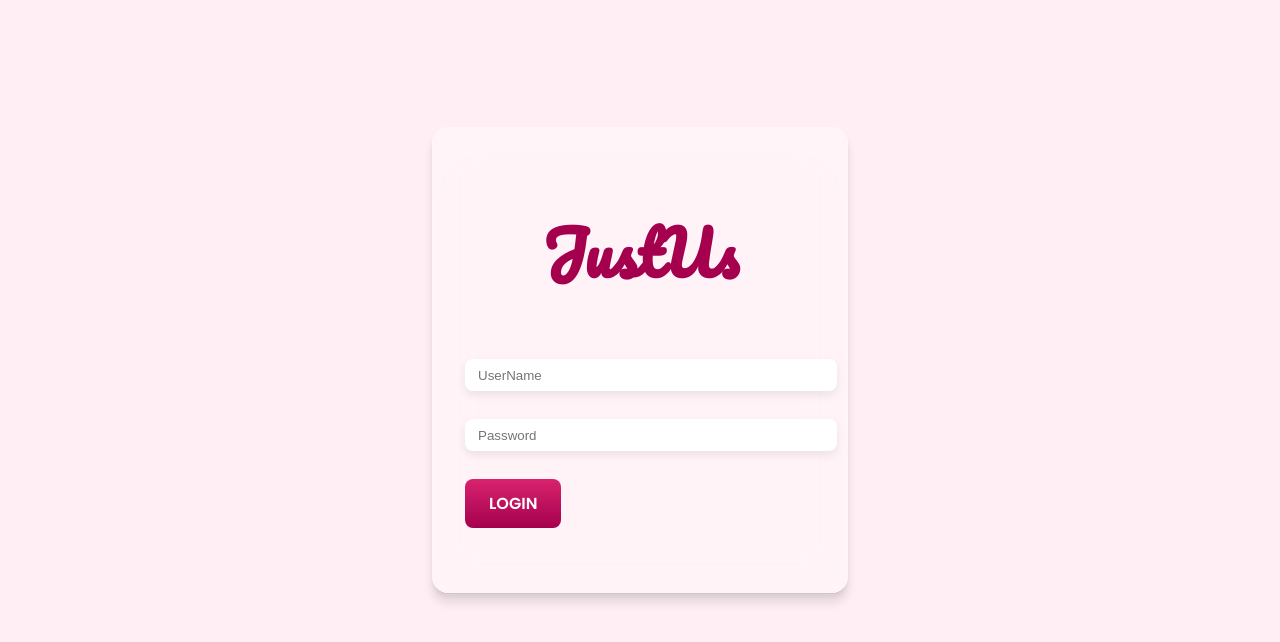
Repository: AfifaNoor/JustUs_ReactJs
Page: /
These files come from the project's save history. The page is drawn as it stood at one moment and after the next save; the edit follows.
The browser window is 1280 px wide. The pictures show the whole page.
The project was rebuilt for these pictures with package versions that can differ from the ones it lists, and the page was loaded fresh each time.

Above is the page before, as saved 2025-07-14 16:12:02.

### public/index.html
<!DOCTYPE html>
<html lang="en">
  <head>
    <meta charset="utf-8" />
    <link rel="icon" href="%PUBLIC_URL%/favicon.ico" />
    <link href="https://fonts.googleapis.com/css2?family=Poppins:wght@300;400;500;600;700&family=Pacifico&display=swap" rel="stylesheet">
    <meta name="viewport" content="width=device-width, initial-scale=1" />
    <meta name="theme-color" content="#000000" />
    <meta
      name="description"
      content="Web site created using create-react-app"
    />
    <link rel="apple-touch-icon" href="%PUBLIC_URL%/logo192.png" />
    <!--
      manifest.json provides metadata used when your web app is installed on a
      user's mobile device or desktop. See https://developers.google.com/web/fundamentals/web-app-manifest/
    -->
    <link rel="manifest" href="%PUBLIC_URL%/manifest.json" />
    <!--
      Notice the use of %PUBLIC_URL% in the tags above.
      It will be replaced with the URL of the `public` folder during the build.
      Only files inside the `public` folder can be referenced from the HTML.

      Unlike "/favicon.ico" or "favicon.ico", "%PUBLIC_URL%/favicon.ico" will
      work correctly both with client-side routing and a non-root public URL.
      Learn how to configure a non-root public URL by running `npm run build`.
    -->
    <title>Just Us</title>
  </head>
  <body>
    <noscript>You need to enable JavaScript to run this app.</noscript>
    <div id="root"></div>
    <!--
      This HTML file is a template.
      If you open it directly in the browser, you will see an empty page.

      You can add webfonts, meta tags, or analytics to this file.
      The build step will place the bundled scripts into the <body> tag.

      To begin the development, run `npm start` or `yarn start`.
      To create a production bundle, use `npm run build` or `yarn build`.
    -->
  </body>
</html>

### src/App.js
import React from 'react'
import LoginPage from './LoginPage'

const App = () => {
  return (
    <div>
      <LoginPage/>
    </div>
  )
}

export default App

### src/LoginPage.jsx
import React from 'react';
import "./LoginPage.css"

const LoginPage = () => {
  return (
    <div className='login-container'>
      <form className='form-container'>
      <div className='logo'>
        <h1> JustUs </h1>
      </div>
      <input
      className='form-input'
      type='text'
      placeholder='UserName'
      required

      />
      <input
      className='form-input'
      type='password'
      placeholder='Password'
      required

      />
      <div>
        <button className='btn-login'> Login</button>
      </div>

      </form>
    </div>
  )
}

export default LoginPage

### src/LoginPage.css
.login-container {
  width: 100%;
  height: 100vh;
  opacity: 1;
  transform: rotate(0deg);
  display: flex;
  justify-content: center;
  align-items: center;
  /* background: linear-gradient(#FFEFF4, #FDEAEF); */
  background-color: #FFEFF4;
  flex-direction: column;
  position: relative;
  font-family: 'Poppins', sans-serif;


}

h1,h2,h3 {
  color: #A4004E;
  font-weight: 700;

}

.logo {
  font-family: 'Pacifico', cursive;
  font-size: 30px;
  text-align: center;
}

.btn-login {
  background: linear-gradient(180deg, #D9236E 0%, #A4004E 100%);
  color: #ffffff;
  border: none;
  padding: 12px 24px;
  border-radius: 8px;
  font-weight: 600;
  font-size: 16px;
  text-transform: uppercase;
  font-family: 'Poppins', sans-serif;
  margin-bottom: 20px;
  text-align: center;
  cursor: pointer;
  transition: 0.3s ease;
}

.btn-login:hover {
  transform: scale(1.05);
  background: linear-gradient(180deg, #A4004E 0%, #D9236E 100%);
}

.form-container{
    width: 350px;
    height: 400px;
    border-radius: 16px;
    padding: 32px;
    gap:14px;
    flex-direction: column;
    display: flex;
    z-index: 1;
    background: rgba(255, 255, 255, 0.25);
    border: 1px solid rgba(255, 255, 255, 0.2);
    border-image-slice: 1;
    -webkit-backdrop-filter: blur(20px);
    backdrop-filter: blur(20px);

    box-shadow:
  0px 10px 10px 0px rgba(0, 0, 0, 0.10),
  0px 4px 4px 0px rgba(0, 0, 0, 0.05),
  0px 1px 0px 0px rgba(0, 0, 0, 0.05),
  inset 0px 20px 50px 0px rgba(255, 255, 255, 0.15);
}

.form-input{
    width: 100%;
    height: 20px;
    padding: 10px 14px;
    min-width: 140px;
    max-width: 500px;
    transform: rotate(0deg);
    opacity: 1;
    border-radius: 8px;
    border-width: 1px;
    padding: 5px 8px 5px 12px;
    gap: 8px;
    margin-bottom: 14px;
    border: 1px solid transparent;
    -webkit-backdrop-filter: blur(20px);
    backdrop-filter: blur(20px);
    box-shadow: 0 4px 10px rgba(0,0,0,0.08);
    cursor: pointer;



}

Loaded but not shown: src/index.js (common file); src/index.css (common file); src/reportWebVitals.js (common file)

After the next save:
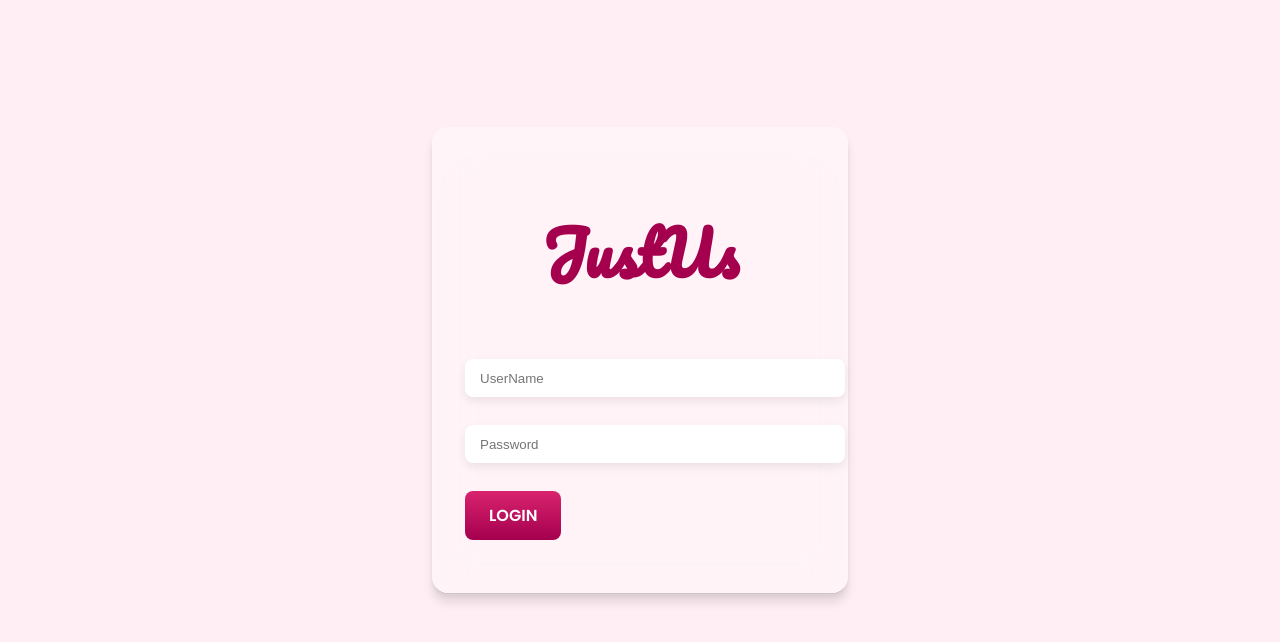
Saved 5 s later.
--- a/src/LoginPage.css
+++ b/src/LoginPage.css
@@ -80,7 +80,6 @@
     opacity: 1;
     border-radius: 8px;
     border-width: 1px;
-    padding: 5px 8px 5px 12px;
     gap: 8px;
     margin-bottom: 14px;
     border: 1px solid transparent;
